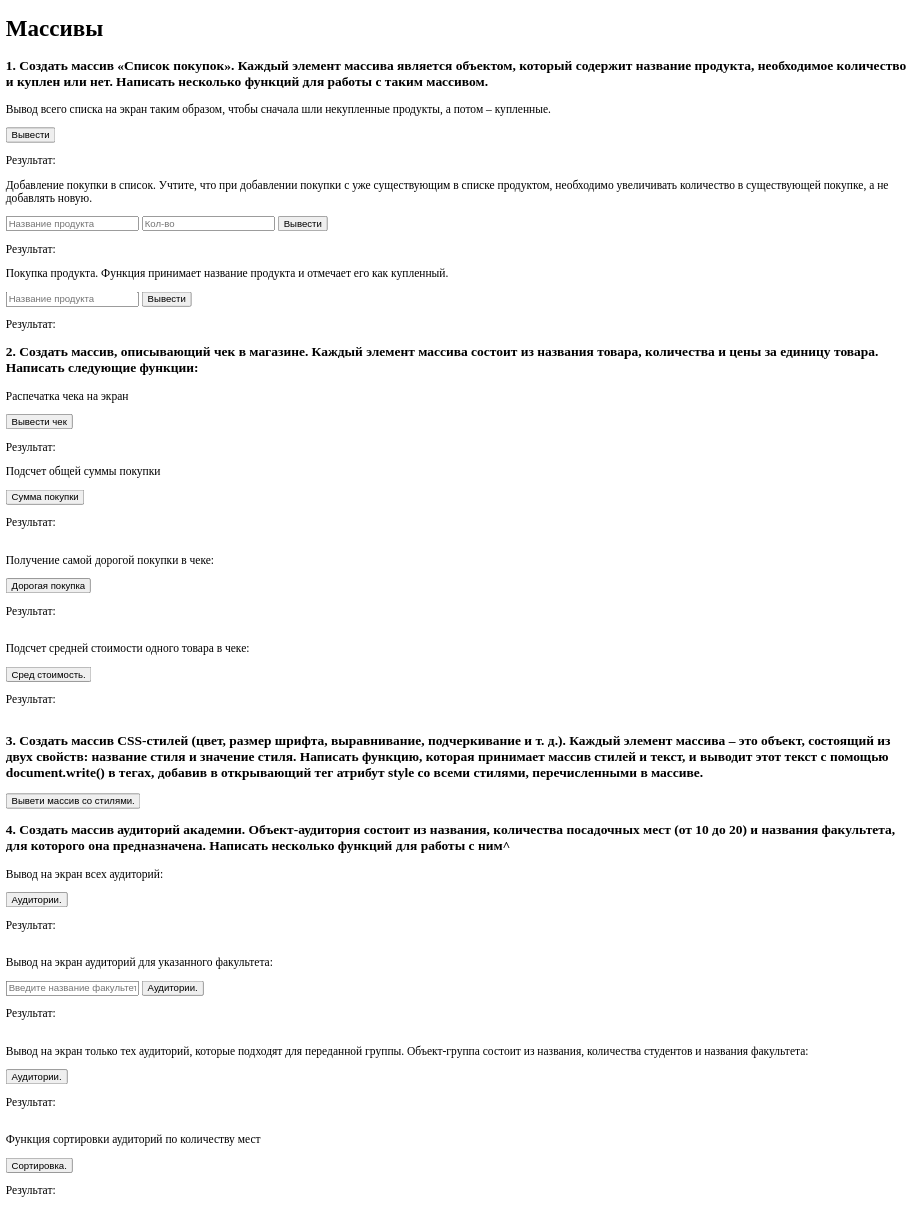
Repository: NastyaGavrilova/Beetroot-js
Page: HW5/index.html
An editor plug-in stored every save of this project. The page is shown before and after the next save, followed by the edit.
The browser window is 1280 px wide. The pictures show the whole page, at 72% of full size.

Above is the page before, as saved 2021-10-23 14:40:07.

After the next save:
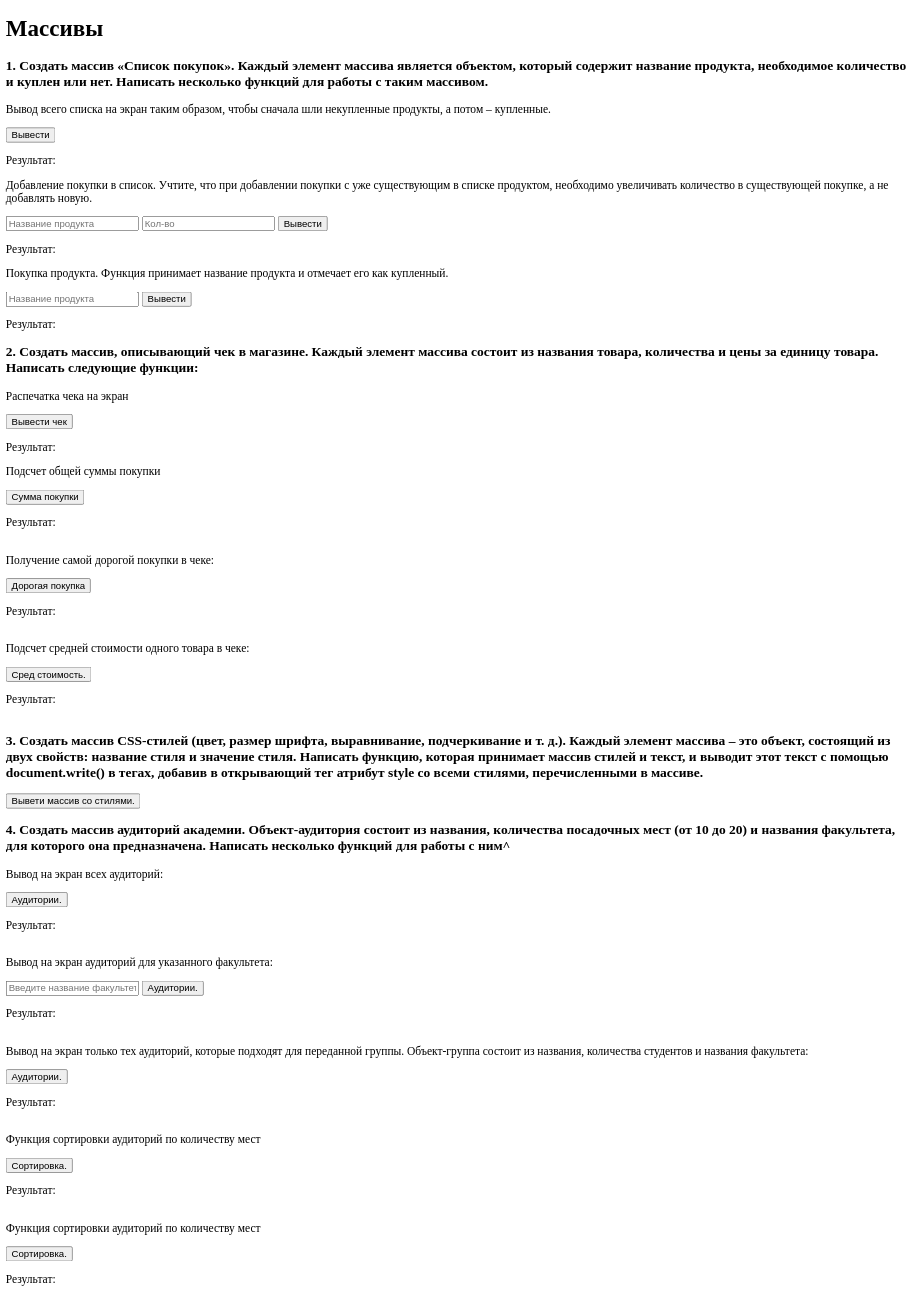
Saved 31 s later.
--- a/HW5/index.html
+++ b/HW5/index.html
@@ -143,6 +143,12 @@
           Результат: <br />
           <span id="js-task4-span4"></span><br />
         </p>
+        <p>Функция сортировки аудиторий по количеству мест</p>
+        <button id="js-task4-btn4">Сортировка.</button>
+        <p>
+          Результат: <br />
+          <span id="js-task4-span4"></span><br />
+        </p>
       </div>
     </section>
     <script src="index.js"></script>
